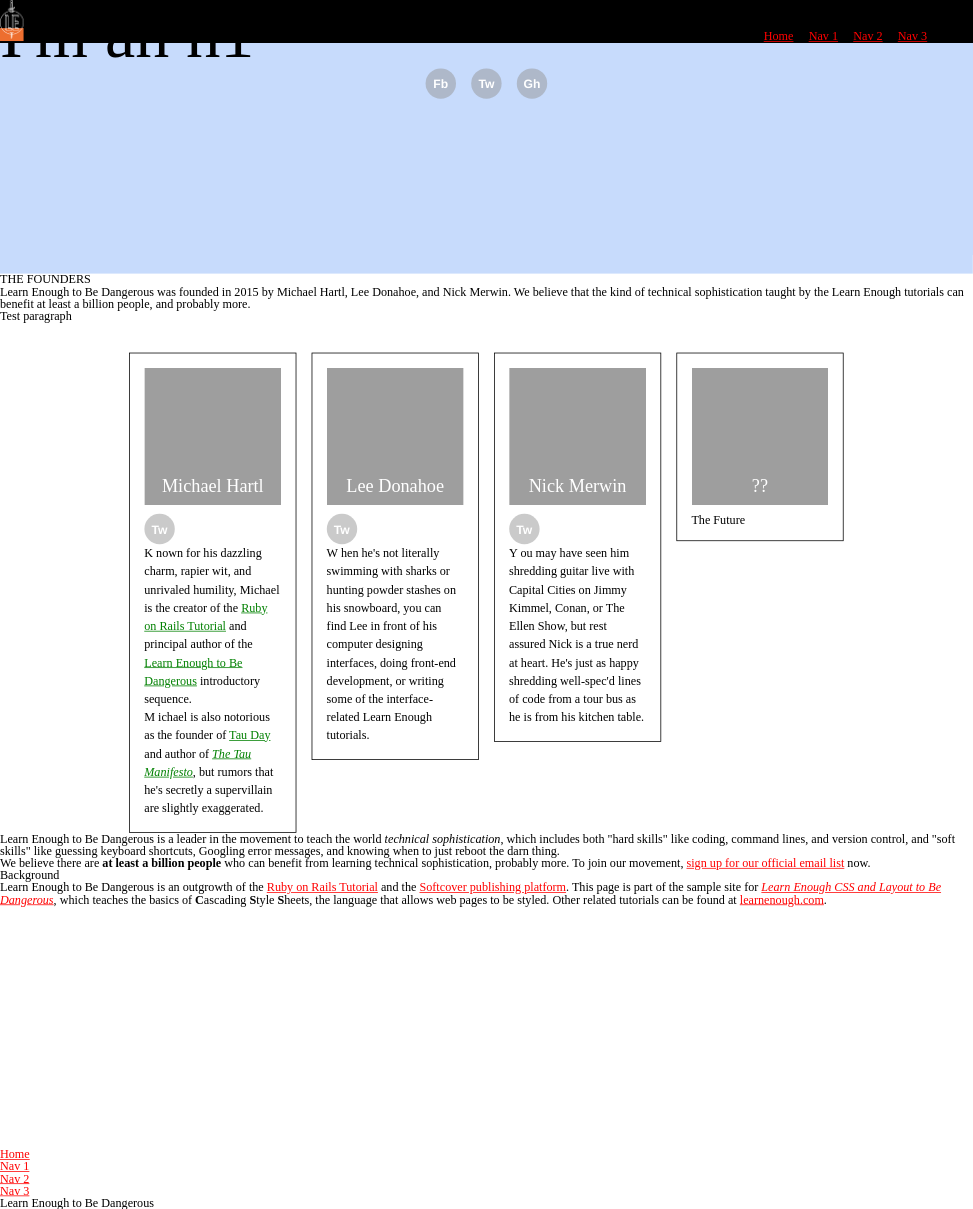
Repository: Ken2072/Ken2072.github.io
Page: _site/index.html
The author's editor kept a record of every edit. The page is drawn from the files as they stood at one moment, then again after the next edit.
The browser window is 1280 px wide. The pictures show the whole page, at 76% of full size.
Pictures or frames that could not be fetched are drawn as grey boxes.

Above is the page before.

### _site/index.html
<!DOCTYPE html>
<html>
<head>
<title>Test Page: Don't Panic</title>
<meta charset="utf-8">
<link rel="stylesheet" href="/css/main.css">
</head>
<body>
<header class="header">
<nav>
<ul class="header-nav nav-links">
<li><a href="/">Home</a></li>
<li><a href="#">Nav 1</a></li>
<li><a href="#">Nav 2</a></li>
<li><a href="#">Nav 3</a></li>
</ul>
</nav>
<a href="/" class="header-logo">
<img src="/images/logo.png" alt="Learn Enough">
</a>
</header>

<div class="full-hero hero-home">
<h1>I'm an h1</h1>
<ul class="social-list">
<li>
<a href="https://example.com/" class="social-link">Fb</a>
</li>
<li>
<a href="https://example.com/" class="social-link">Tw</a>
</li>
<li>
<a href="https://example.com/" class="social-link">Gh</a>
</li>
</ul>
</div>
<h2>THE FOUNDERS</h2>
<p>Learn Enough to Be Dangerous was founded in 2015 by Michael Hartl, Lee Donahoe,
and Nick Merwin. We believe that the kind of technical sophistication taught by
the Learn Enough tutorials can benefit at least a billion people, and probably
more.
</p>
<p>Test paragraph</p>
<div class="bio-wrapper">
<div class="bio-box">
<img src="https://placekitten.com/g/400/400">
<h3>Michael Hartl</h3>
<a href="https://twitter.com/mhartl" class="social-link">Tw</a>
<div class="bio-copy">
<p>K nown for his dazzling charm, rapier wit, and unrivaled humility,
Michael is the creator of the
<a href="https://www.railstutorial.org/">Ruby on Rails
Tutorial</a> and principal author of the
<a href="https://learnenough.com/">
Learn Enough to Be Dangerous</a> introductory sequence.
</p>
<p>M ichael is also notorious as the founder of
<a href="http://tauday.com/">Tau Day</a> and author of
<a href="http://tauday.com/tau-manifesto"><em>The Tau
Manifesto</em></a>, but rumors that he's secretly a supervillain
are slightly exaggerated.
</p>
</div>
</div>
<div class="bio-box">
<img src="https://placekitten.com/g/400/400">
<h3>Lee Donahoe</h3>
<a href="https://twitter.com/leedonahoe" class="social-link">Tw</a>
<div class="bio-copy">
<p>W hen he's not literally swimming with sharks or hunting powder
stashes on his snowboard, you can find Lee in front of his computer
designing interfaces, doing front-end development, or writing some of
the interface-related Learn Enough tutorials.
</p>
</div>
</div>
<div class="bio-box">
<img src="https://placekitten.com/g/400/400">
<h3>Nick Merwin</h3>
<a href="https://twitter.com/nickmerwin" class="social-link">Tw</a>
<div class="bio-copy">
<p>Y ou may have seen him shredding guitar live with Capital Cities on
Jimmy Kimmel, Conan, or The Ellen Show, but rest assured Nick is a
true nerd at heart. He's just as happy shredding well-spec'd lines
of code from a tour bus as he is from his kitchen table.
</p>
</div>
</div>
<div class="bio-box">
<img src="https://placekitten.com/g/400/400">
<h3>??</h3>
<p>The Future
</p>
</div>
</div>
<p>Learn Enough to Be Dangerous is a leader in the movement to teach the
world <em>technical sophistication</em>, which includes both "hard
skills" like coding, command lines, and version control, and "soft
skills" like guessing keyboard shortcuts, Googling error messages, and
knowing when to just reboot the darn thing.
</p>
<p>
    We believe there are <strong>at least a billion people</strong> who can
benefit from learning technical sophistication, probably more. To join
our movement,
<a href="https://learnenough.com/#email_list">sign up for our official
email list</a> now.
</p>
<h3>Background</h3>
<p>Learn Enough to Be Dangerous is an outgrowth of the
<a href="https://www.railstutorial.org/">Ruby on Rails Tutorial</a> and the
<a href="https://www.softcover.io/">Softcover publishing platform</a>.
This page is part of the sample site for
<a href="https://learnenough.com/css-tutorial"><em>Learn Enough CSS and
Layout to Be Dangerous</em></a>, which teaches the basics of
<strong>C</strong>ascading <strong>S</strong>tyle
<strong>S</strong>heets, the language that allows web pages to be styled.
Other related tutorials can be found at
<a href="https://learnenough.com/">learnenough.com</a>.
</p>

<footer class="footer">
<a class="footer-logo" href="/">
<img src="/images/logo.png" alt="Learn Enough"/>
</a>
<nav>
<ul class="footer-nav nav-links">
<li><a href="/">Home</a></li>
<li><a href="#">Nav 1</a></li>
<li><a href="#">Nav 2</a></li>
<li><a href="#">Nav 3</a></li>
</ul>
</nav>
<h3>Learn Enough <span>to Be Dangerous</span></h3>
</footer>
</body>
</html>

### css/main.css
html, body, div, span, applet, object, iframe,
h1, h2, h3, h4, h5, h6, p, blockquote, pre,
a, abbr, acronym, address, big, cite, code,
del, dfn, em, img, ins, kbd, q, s, samp,
small, strike, strong, sub, sup, tt, var,
b, u, i, center, dl, dt, dd, ol, ul, li,
fieldset, form, label, legend, table, caption,
tbody, tfoot, thead, tr, th, td, article, aside,
canvas, details, embed, figure, figcaption, footer,
header, hgroup, menu, nav, output, ruby, section,
summary, time, mark, audio, video {
margin: 0;
padding: 0;
border: 0;
font: inherit;
vertical-align: baseline;
}
/* HTML5 display-role reset for older browsers */
article, aside, details, figcaption, figure,
footer, header, hgroup, menu, nav, section {
display: block;
}
body {
line-height: 1;
}
blockquote, q {
quotes: none;
}b
lockquote:before, blockquote:after,
q:before, q:after {
content: '';
content: none;
}
table {
border-collapse: collapse;
border-spacing: 0;
}
strong, b {
font-weight: bold;
}
em, i {
font-style: italic;
}
a img {
border: none;
}
/* END RESET*/

/* GLOBAL STYLES */
h1 {
font-size: 7vw;
margin-top: 0;
}
a {
color: #f00;
}

/* HEADER STYLES */
.header {
background-color: #000;
color: #fff;
position: fixed;
width: 100%;
z-index: 20;
}.
header-logo {
background-color: #000;
box-sizing: border-box;
display: block;
height: 10vh;
left: -30px;
padding-top: 10px;
position: relative;
text-align: center;
width: 10vh;
}
.header-logo:hover,
.header-logo:active {
background-color: #ed6e2f;
}.header-logo img {
width: 4.3vh;
}.header-nav {
float: right;
padding: 5.5vh 60px 0 0;
}.header-nav > li {
display: inline-block;
margin-left: 1em;
}.
header-nav > li ~ li {
border-left: 1px solid rgba(255, 255, 255, 0.3);
padding-left: 1em;
}.
header-nav a {
color: #fff;
}






/* HERO STYLES */
.full-hero {
background-color: #c7dbfc;
height: 50vh;
}


/* SOCIAL STYLES */
.social-link {
background: rgba(150, 150, 150, 0.5);
border-radius: 99px;
box-sizing: border-box;
color: #fff;
display: inline-block;
font-family: helvetica, arial, sans;
font-size: 1rem;
font-weight: bold;
height: 2.5em;
line-height: 1;
padding-top: 0.85em;
text-align: center;
text-decoration: none;
vertical-align: middle;
width: 2.5em;
}
.social-list {
list-style: none;
padding: 0;
text-align: center;
}
.social-list > li {
display: inline-block;
margin: 0 0.5em;
}

/* BIO STYLES */
.bio-wrapper {
font-size: 24px;
margin: auto;
max-width: 960px;
overflow: hidden;
}
.bio-box {
border: 1px solid black;
box-sizing: border-box;
float: left;
font-size: 1rem;
margin: 40px 1% 0;
padding: 2%;
width: 23%;
}
.bio-box h3 {
color: #fff;
font-size: 1.5em;
margin: -40px 0 1em;
text-align: center;
}
.bio-box img {
width: 100%;
}
.bio-copy {
font-size: 1em;
line-height: 1.5;
}
.bio-copy a {
color: green;
}

After the next edit:
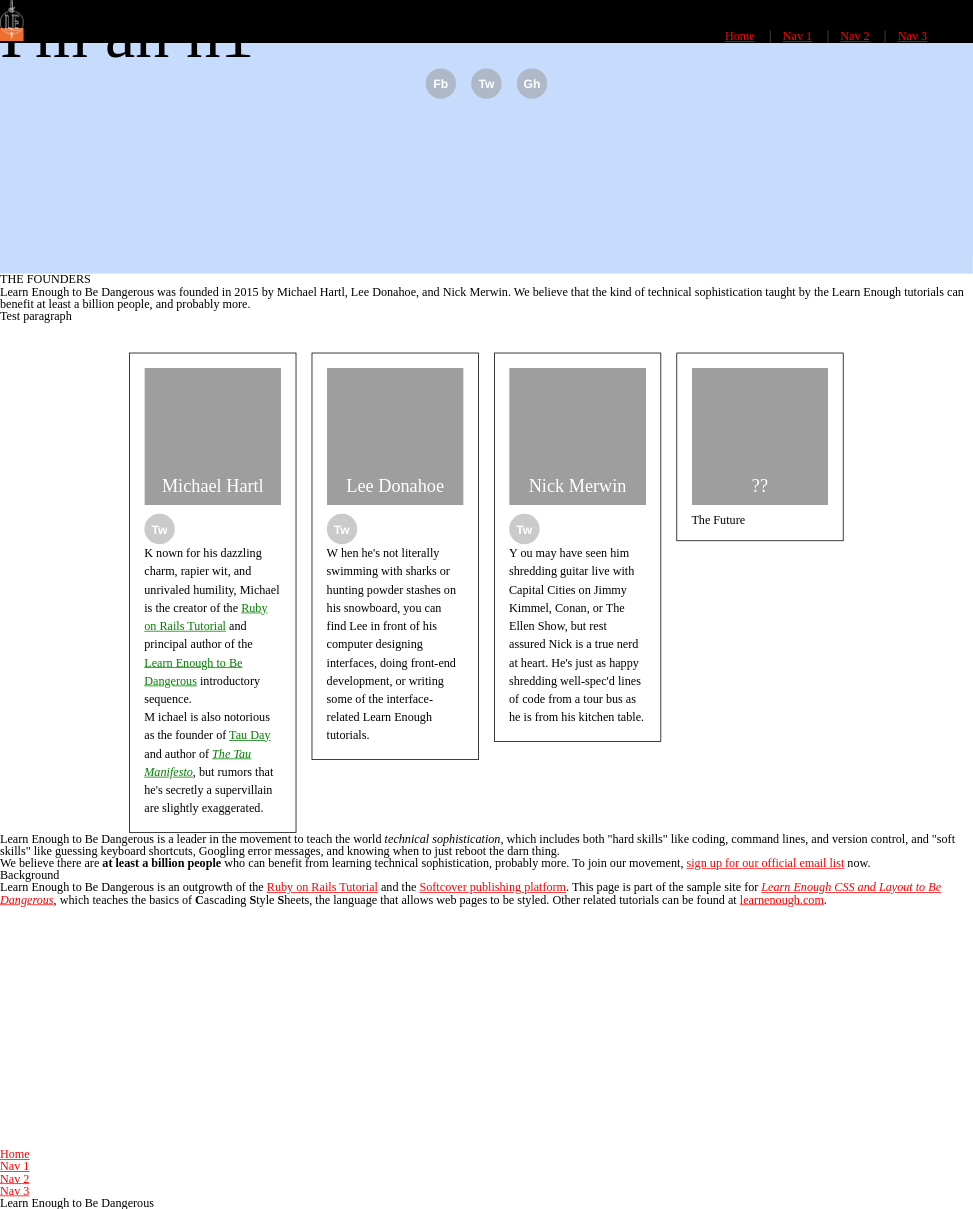
The edit:
--- a/css/main.css
+++ b/css/main.css
@@ -85,8 +85,7 @@
 }.header-nav > li {
 display: inline-block;
 margin-left: 1em;
-}.
-header-nav > li ~ li {
+}.header-nav > li ~ li {
 border-left: 1px solid rgba(255, 255, 255, 0.3);
 padding-left: 1em;
 }.
